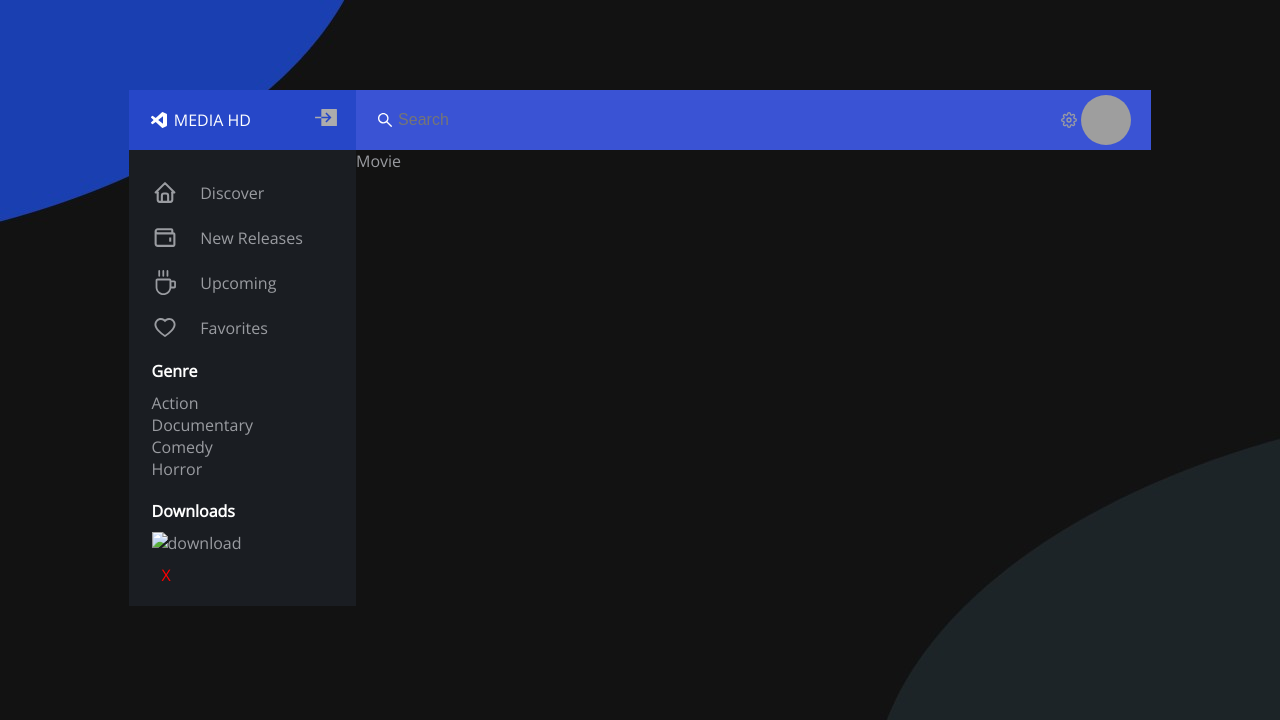
Repository: DevLaukey/movie-task
Page: /
The author's editor kept a copy of each file at every save. The page is drawn from the files as they stood at one save, then again after the next save.
The browser window is 1280 px wide. The pictures show the whole page.
Pictures or frames that could not be fetched are drawn as grey boxes. The page's requests for data from a server got no answer. The project was rebuilt for these pictures with package versions that can differ from the ones it lists, and the page was loaded fresh each time. No one was signed in, and anything a server would have sent is missing. Also part of the build but not shown: src/components/Body/Movies.css.

Above is the page before, as saved 2022-06-15 20:55:41.

After the next save:
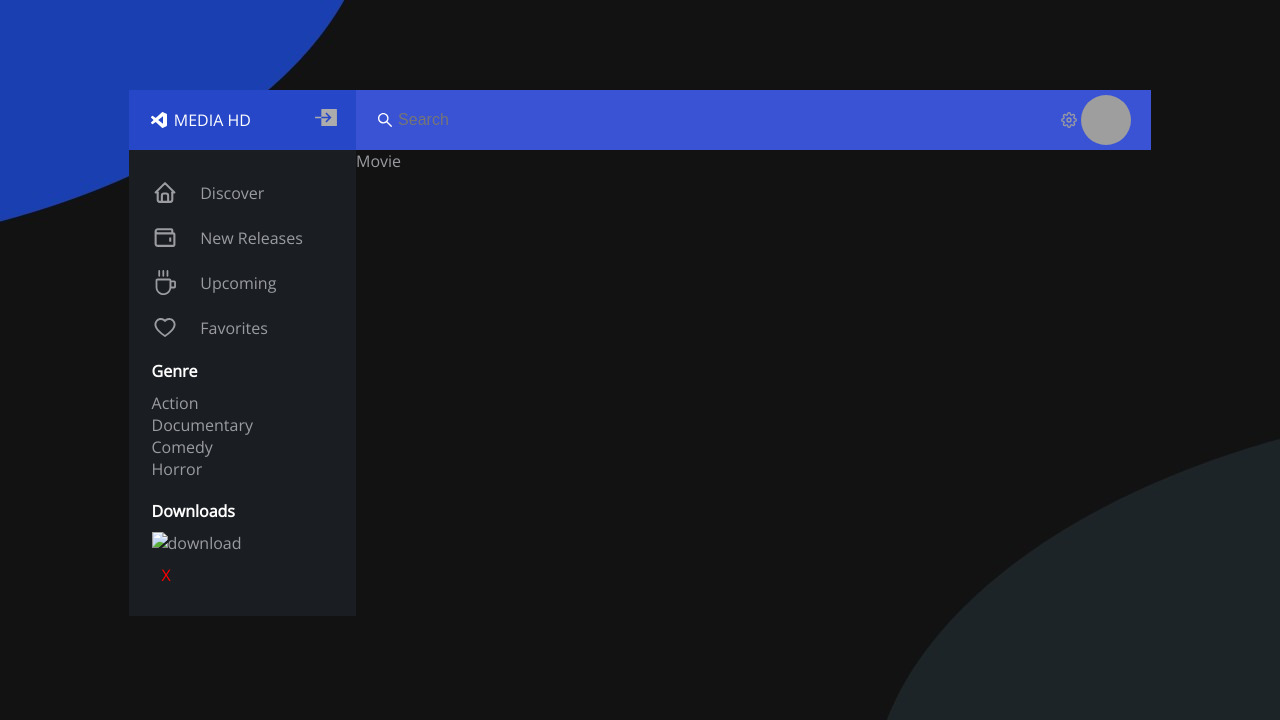
Saved 18 s later.
--- a/src/components/Sidebar/Sidebar.css
+++ b/src/components/Sidebar/Sidebar.css
@@ -65,6 +65,11 @@
   padding: 10px 20px 10px 0;
   margin-left: 10%;
 }
+.sidebar__downloads-text{
+  color: #fff;
+  font-size: 1em;
+  margin-bottom: 10px;
+}
 .sidebar__downloads-cancel{
   color: red;
   padding: 10px;

After the 2 saves that followed:
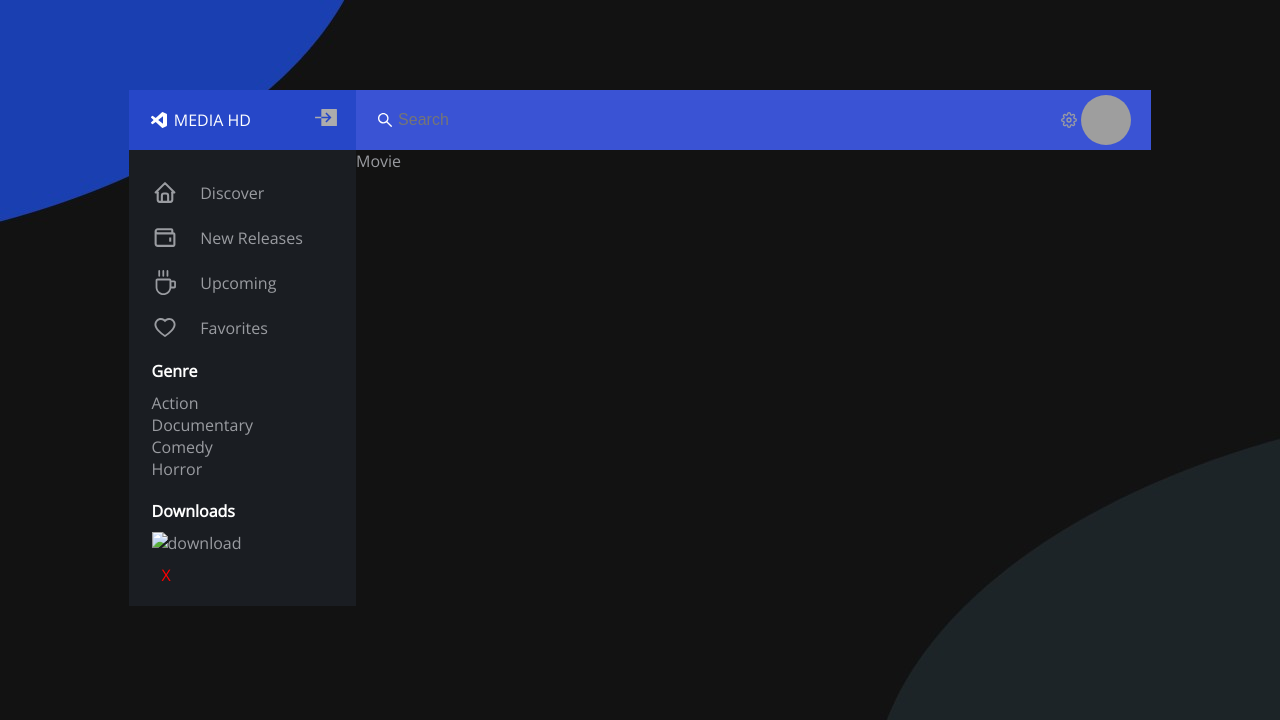
The 2 saves are shown as one change because 1 left the picture as it was.
The last was saved 28 s later.
--- a/src/components/Sidebar/Sidebar.css
+++ b/src/components/Sidebar/Sidebar.css
@@ -67,12 +67,11 @@
 }
 .sidebar__downloads-text{
   color: #fff;
-  font-size: 1em;
-  margin-bottom: 10px;
-}
-.sidebar__downloads-cancel{
-  color: red;
+
   padding: 10px;
   background-color:rgba(26, 29, 34, 255);
   border-radius: 1px solid blue 50%;
 }
+.sidebar__downloads-cancel{
+  color: red;
+}
